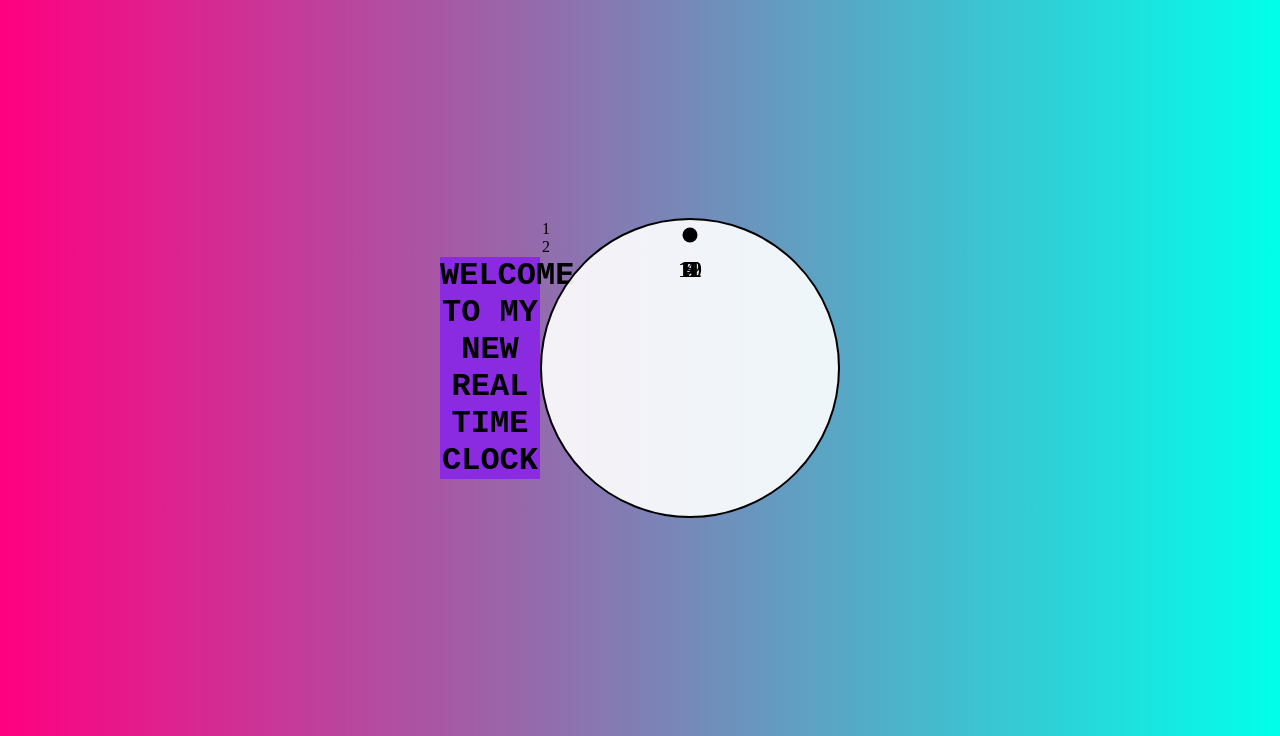
Repository: mirambialex/watch
Page: clock.html
These files come from the project's save history. The page is drawn as it stood at one moment and after the next save; the edit follows.
The browser window is 1280 px wide. The pictures show the whole page.

Above is the page before, as saved 2024-04-30 11:11:02.
Console error: SyntaxError: Unexpected token '<'

### clock.html
<!DOCTYPE html>
<html lang="en">
<head>
    <meta charset="UTF-8">
    <meta name="viewport" content="width=device-width, initial-scale=1.0">
    <link rel="stylesheet" href="clock.css">
    <script defer src="clock.js"></script>
    <title>clock</title>
</head>
<h1> <div class="header">WELCOME TO MY NEW REAL TIME CLOCK</div></h1>
<body>
    <div class="clock">
        <div class="hour hand" data-hour-hand></div>
        <div class="minute hand" data-minute-hand></div>
        <div class="second hand" data-second-hand></div>
        <div class="number number1">1</div>
        <div class="number number2">2</div>
        <div class="NUMBER NUMBER3">3</div>
        <div class="NUMBER NUMBER4">4</div>
        <div class="NUMBER NUMBER5">5</div>
        <div class="NUMBER NUMBER6">6</div>
        <div class="NUMBER NUMBER7">7</div>
        <div class="NUMBER NUMBER8">8</div>
        <div class="NUMBER NUMBER9">9</div>
        <div class="NUMBER NUMBER10">10</div>
        <div class="NUMBER NUMBER11">11</div>
        <div class="NUMBER NUMBER12">12</div>

    </div>
</body>
</html>

### clock.css
*, *::after, *::before {
    box-sizing: border-box;
    font-family: 'Times New Roman', Times, serif;

}
body{
    background: linear-gradient(to right,rgb(255,0,128),hsl(175,100%,50%));
    display: flex;
    justify-content: center;
    align-items: center;
    min-height: 100vh;
    overflow: hidden;

}
.clock{
    width: 300px;
    height: 300px;
    background-color: rgb(255,255,255,.9);
    border-radius: 50%;
    border: 2px solid black;
    position: relative;
}
.clock .NUMBER{
    --rotation: 0;
    position: absolute;
    width: 100%;
    height: 100%;
    text-align: center;
    transform: rotate(var(--rotation));
    font-size: 1.5rem;

    .clock .number number1{--rotation:30deg}
    .clock .number number2{--rotation:60deg}
    .clock .NUMBER3{--rotation:90deg}
    .clock .NUMBER4{--rotation:120deg}
    .clock .NUMBER5{--rotation:150deg}
    .clock .NUMBER6{--rotation:180deg}
    .clock .NUMBER7{--rotation:210deg}
    .clock .NUMBER8{--rotation:240deg}
    .clock .NUMBER9{--rotation:270deg}
    .clock .NUMBER10{--rotation:300deg}
    .clock .NUMBER11{--rotation:330deg}

}
.clock.hand{
    --rotation: 0;
    position:absolute;
    bottom: 50%;
    left: 50%;
    background-color: black;
    border: 1px solid rgb(136,99,224);
    border-top-left-radius: 10px;
    border-top-right-radius: 10px;
    transform-origin: bottom;
    z-index:10;
    transform: translateX(-50%)rotation(calc(var--rotation)*1deg));

}
.clock::after{
    content:" ";
    position: absolute;
    background-color: black;
    z-index: 11;
    width: 15px;
    height: 15px;
    top:5%;
    left: 50%;
    transform: translate(-50%, -50%);
    border-radius: 50%;

}
.clock.hand.second{
    width: 3px;
    height: 45%;
    background-color: rgb(221,65,198);
}
.clock.hand.minute{
    width: 7px;
    height: 40%;
    border-color: rgb(69,19,187);

}
.clock.hand.hour{
    width: 10px;
    height: 35%;
    background-color: rgb(166,209,9);
}
.header{
    font-family: 'Courier New', Courier, monospace;
    text-align: center;
    text-transform: capitalize;
    width: 100px;
    background-color: blueviolet;
    position: top;
}
.hour hand,
.minute hand.
.second hand{
position: absolute;
top: 50%;
left: 50%;
height: 5px;
width: 40%;
background-color: gray;
}

### clock.js
<script>
        setInterval(setClock,1000)
        const hourHand= document.querySelector ("[data-hour-hand]")
        const minuteHand = document.querySelector ("[data-minute-hand]")
        const secondHand = document.querySelector ("[data-second-hand]")

        function setCLASS() {
            const currentDate=new Date()
            const secondRatio =currentDate.getSeconds() / 60
            const minutesRatio =(secondRatio+currentDate.getMinutes())/
            const hoursRatio=(minutesRatio+currentDate.gethours())/
            setRotatio(secondHand,secondsRatio)
            setRotatio(minuteHand,minuteRatio)
            setRotatio(hourHand,hoursRatio)
        }
        function setRotatio(element,rotationRatio)
        {
        Element.style.setProperty("--rotation",rotationRatio*360)
        }
        setClock()
</script>

After the next save:
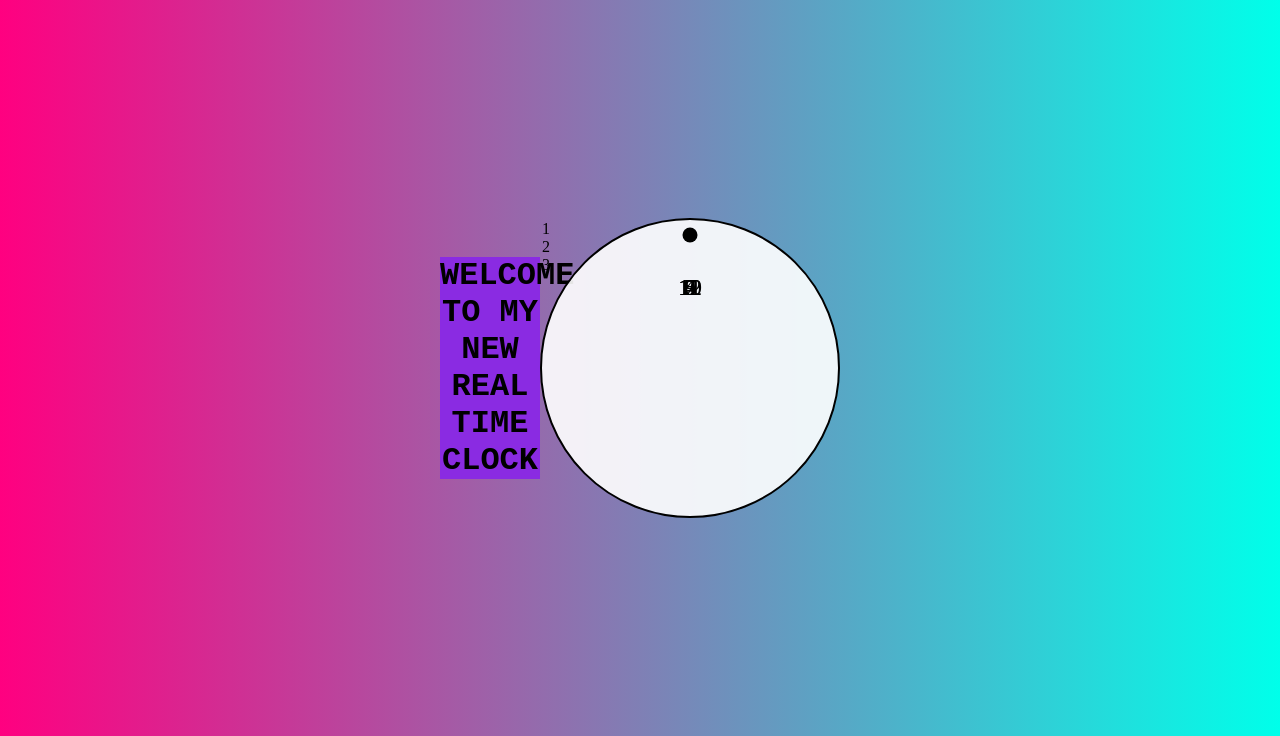
Saved 41 s later.
--- a/clock.html
+++ b/clock.html
@@ -15,7 +15,7 @@
         <div class="second hand" data-second-hand></div>
         <div class="number number1">1</div>
         <div class="number number2">2</div>
-        <div class="NUMBER NUMBER3">3</div>
+        <div class="3">3</div>
         <div class="NUMBER NUMBER4">4</div>
         <div class="NUMBER NUMBER5">5</div>
         <div class="NUMBER NUMBER6">6</div>
